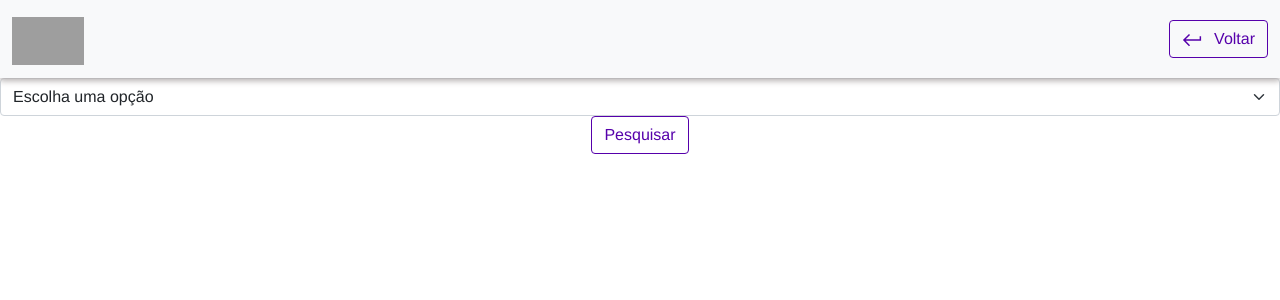
Repository: LuismGil/Countries-list
Page: /about
The author's editor kept a copy of each file at every save. The page is drawn from the files as they stood at one save, then again after a run of saves.
The browser window is 1280 px wide. The pictures show the whole page.
Pictures or frames that could not be fetched are drawn as grey boxes. The project was rebuilt for these pictures with package versions that can differ from the ones it lists, and the page was loaded fresh each time.

Above is the page before, as saved 2021-05-22 20:43:20.

After the next 2 saves:
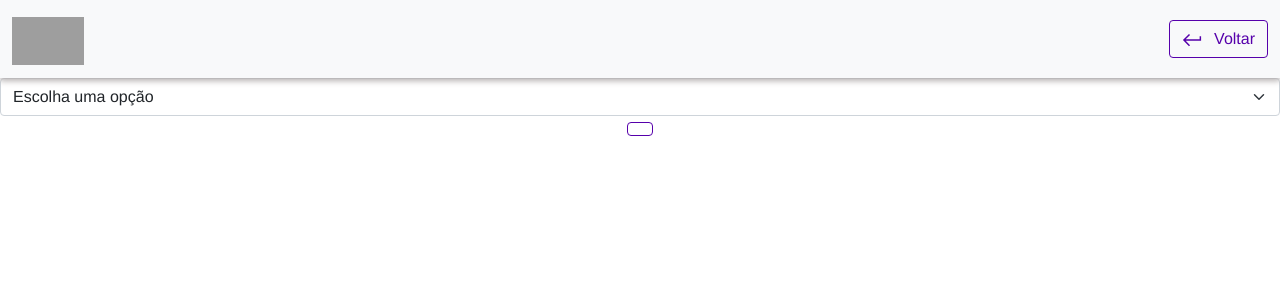
The 2 saves are shown as one change because they came seconds apart.
The last was saved 7 s later.
--- a/src/components/MvCountries.vue
+++ b/src/components/MvCountries.vue
@@ -8,9 +8,7 @@
       <option value="4">País</option>
       <option value="5">Código de ligação</option>
     </select>
-    <mv-button v-slot>
-
-        Pesquisar
+    <mv-button v-slot="Pesquisar">
 
     </mv-button>
 

After the save that followed:
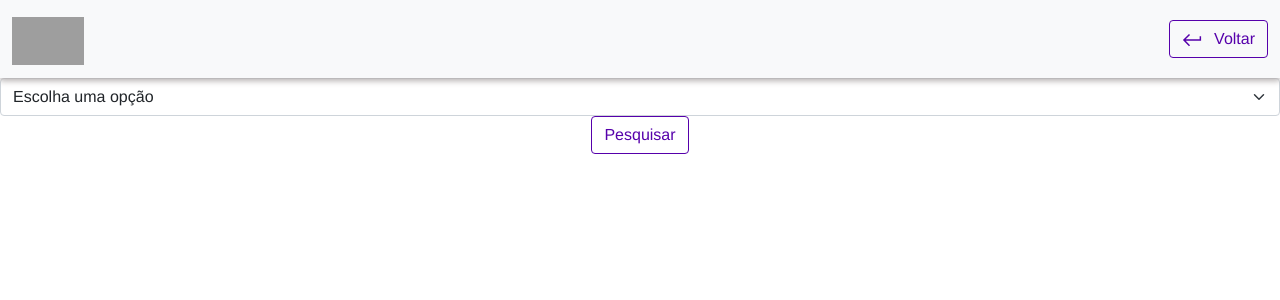
Saved 5 s later.
--- a/src/components/MvCountries.vue
+++ b/src/components/MvCountries.vue
@@ -8,7 +8,9 @@
       <option value="4">País</option>
       <option value="5">Código de ligação</option>
     </select>
-    <mv-button v-slot="Pesquisar">
+    <mv-button>
+
+        Pesquisar
 
     </mv-button>
 
